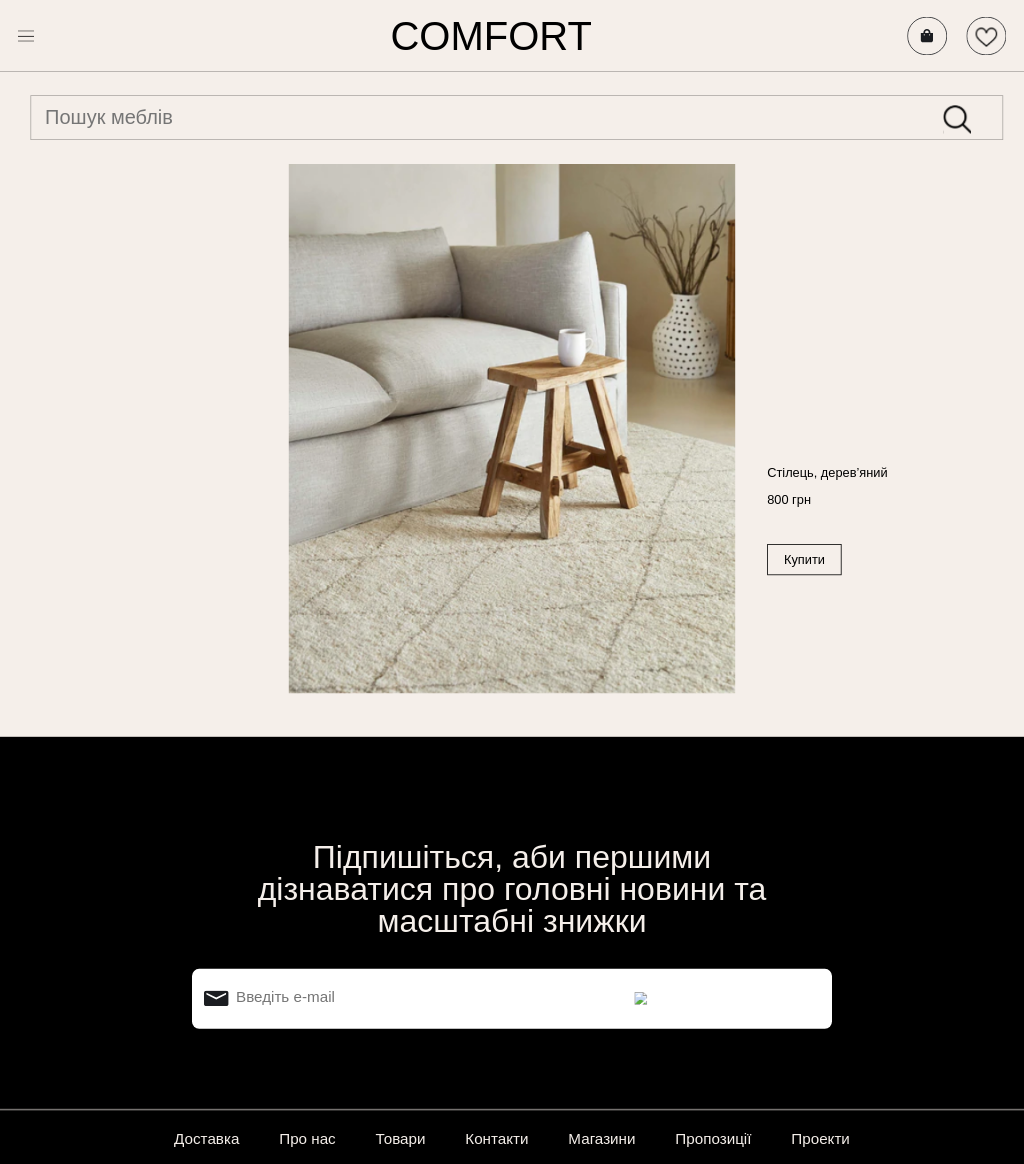
Repository: malykhinaIra/laravel
Page: http://localhost/item/1
These files come from the project's save history. The page is drawn as it stood at one moment and after the next save; the edit follows.
The browser window is 1280 px wide. The pictures show the whole page, at 80% of full size.
Some web fonts or font styles are not loaded; a fallback is used. The page is served by the project's Laravel application, run on PHP 8.4 with Laravel 9. Other server files are loaded and not shown.

Above is the page before, as saved 2022-05-09 22:49:50.

### blog/routes/web.php
<?php

use Illuminate\Support\Facades\Route;

/*
|--------------------------------------------------------------------------
| Web Routes
|--------------------------------------------------------------------------
|
| Here is where you can register web routes for your application. These
| routes are loaded by the RouteServiceProvider within a group which
| contains the "web" middleware group. Now create something great!
|
*/

Route::get('/', 'App\Http\Controllers\MainController@forLend');

Route::get('/Lend', 'App\Http\Controllers\MainController@forLend');

Route::get('/Catalog', 'App\Http\Controllers\MainController@forCatalog');

Route::get('/Info', 'App\Http\Controllers\MainController@forInfo');

Route::post('/result', 'App\Http\Controllers\MainController@result');

Route::post('/check', 'App\Http\Controllers\MainController@check');

Route::get('/item/{id}', 'App\Http\Controllers\MainController@forItem');

### blog/app/Http/Controllers/MainController.php
<?php

namespace App\Http\Controllers;
use App\Models\Item;
use Illuminate\Http\Request;

class MainController extends Controller {

    public function forLend() {
        return view('lend');
    }

    public function forCatalog() {
        return view('catalog');
    }

    public function forInfo() {
        return view('info');
    }

    public function result(Request $request) {
        $mail = $request->input('mail');
        return view('form', ['mail' => $mail]);
    }

     public function check(Request $request) {
        $valid = $request->validate([
            'mail' =>  array('required', 'regex:/[0-9a-z]+@[a-z]/')
        ]);
        return $this->result($request);
    }

    public function forItem($id) {
        $catalog = [
            new Item("img/image 24.png", "Стілець, дерев’яний", 800),
            new Item("img/image 25.png", "Крісло, дерево & шкіра", 1300),
            new Item("img/image 26.png", "Настінна картина", 1230),
            new Item("img/image 27 (1).png", "Журнальний столик", 980),
            new Item("img/image 35.png", "Тумбочка з відділами", 780),
            new Item("img/image 37.png", "Диван розкладний", 3220),
            new Item("img/image 36.png", "Тумбочка, дерев’яна", 1360),
            new Item("img/image 31.png", "Крісло, біле", 980)
        ];
        return view('item', ['item' => $catalog[$id - 1]]);
    }
}

### blog/app/Models/Item.php
<?php

namespace App\Models;
use Illuminate\Database\Eloquent\Model;

    class Item extends Model
    {
        public $image, $description, $price;
        function __construct($image, $description, $price)
        {
            $this->image = "../" . $image;
            $this->description = $description;
            $this->price = $price . " грн";
        }
     }

?>

### blog/resources/views/item.blade.php
@extends('layouts.header')
@section('content')
<head>
    <title>{{$item->description}}</title>
    <link rel="stylesheet" href="../css/main.css">
    <link rel="stylesheet" href="../css/bootstrap-grid.min.css">
</head>
<body style='background-color: #F5EFEA;'>
<div class='container' style='display: flex; align-items: center; margin: auto; margin-top: 20px;'>
<img src='{{$item->image}}' style='margin-left: 25%;'>
<div style='margin-left: 40px; margin-top: 22%;'>
<p>{{$item->description}}</p>
<p>{{$item->price}}</p>
<a href='#' style='line-height: 100px; color: black; padding:10px 20px; border: 1px solid black;'>Купити</a>
</div>
</div>
<br><br><br>
@endsection

### blog/resources/views/layouts/header.blade.php
<header class="header">
</div>
        <div class="nav-1">
            <div class="nav-toggle">
                <div class="container">
                    <a href="/Info" width="10%" onclick>
                        <img src="img/Group 65.svg" class="menu">
                    </a>
                    <div class="logo"><a href="index.html">COMFORT</a></div>
                    <div class="row">
                        <div class="col">
                            <a href="#" style="margin-right: 2.5%;"><img src="img/Group 56.svg"></a>
                        </div>
                        <div class="col">
                            <a href="#"><img src="img/Group 55.svg"></a>
                        </div>
                    </div>
                </div>
            </div>
            <hr>
            <div class="border-1">
                <input type="text" size="19" placeholder="Пошук меблів">
                <a href="#" class="search-1"><img src="img/image 22 (1).svg"></a>
            </div>
        </div>

        <section class="nav">
            <a href="/Lend" class="logo">COMFORT</a>
            <a href="/Info">Про нас</a>
            <a href="#">Доставка</a>
            <a href="#">Підтримка</a>
            <a href="/Catalog">Каталог</a>
            <div class="border">
                <input type="text" size="19" placeholder="Пошук меблів" style="margin-bottom: 6px;">
                <a href="#" class="search"><img src="img/image 22 (1).svg"></a>
            </div>
            <div class="shops">
                <a href="#" style="margin-right: 5px;"><img src="img/image 57.svg"></a>
                <a href="#">Магазини</a>
            </div>
            <div class="icons">
                <a href="#"><img src="img/Group 55.svg"></a>
                <a href="#"><img src="img/Group 56.svg"></a>
                <a href="#"><img src="img/user.svg"></a>
            </div>
        </section>
    </header>


    <div class="forYield">
        @yield('content')
    </div>

    <footer id="bottom">
        <section class="form">
                <p>Підпишіться, аби першими дізнаватися про головні новини та масштабні знижки</p>
                <div class="subscribe">
                    <form method="post" action="/check" style="width:800px; margin: 0; display: flex; align-items: center;">
                    @csrf
                        <div style="display: flex; align-items: center;">
                            <img src="img/Shape.svg" class="message">
                            <input style="width:500px; outline: none; border: none; font-size: 25px;" type="text" name="mail" placeholder="Введіть e-mail">
                        </div>
                        <button type="submit" style="background: none; border: 0; padding:0;"><img src="img//Group 61.svg" class="sub-btn"></button>
                    </form>
                </div>
                @if($errors->any())
                    <div class="alert alert-danger">
                        <ul>
                            @foreach($errors->all() as $error)
                                <li style="color: #F5EFEA; margin: 0 auto; text-align: center;  list-style-type: none;">{{ $error }}</li>
                            @endforeach
                        </ul>
                    </div>
                @endif
        </section>
        <hr>
        <section class="footer-1">
            <a href="#">Доставка</a>
            <a href="/Info">Про нас</a>
            <a href="/Catalog">Товари</a>
            <a href="#">Контакти</a>
            <a href="#">Магазини</a>
            <a href="#">Пропозиції</a>
            <a href="#">Проекти</a>
        </section>
        <br>
    </footer>
</body>

</html>

### blog/public/css/form.css
body{
    padding: 0;
    margin: 0;
    background: #F5EFEA;
    color: #000;
    font-family: 'Manrope', sans-serif;
    font-style: normal;
    font-weight: 400;
    max-width: 1903px;
    margin: 0 auto;
    text-align: center;
}

.text{
    margin: 200px auto;
}

### blog/public/css/catalog.css
body{
    padding: 0;
    margin: 0;
    background: #F5EFEA;
    color: #000;
    font-family: 'Manrope', sans-serif;
    font-style: normal;
    font-weight: 400;
    max-width: 1903px;
    margin: 0 auto;
}

.hide{
    margin-top: -1px;
}

.container{
    max-width: 80%;
    margin: 0 auto;
}

*{
    box-sizing: border-box;
}

img {
    max-width: 100%;
  }

a{
    color: #000;
    text-decoration: none;
}

.nav-1{
    display: none;
    flex-direction: column;
    margin: 0 auto;
    margin-bottom: 30px;
}

.nav{
    width: 100%;
    font-family: 'Manrope', sans-serif;
    font-style: normal;
    height: 80.98px;
    font-weight: 600;
    font-size: 19px;
    line-height: 26px;
    display: flex;
    justify-content: space-between;
    align-items: center;

}

.logo{
    padding-left: 70px;
    font-family: 'Lexend', sans-serif;
    font-style: normal;
    font-weight: 500;
    font-size: 30px;
    line-height: 38px;

}

.icon p{
    font-family: 'Manrope', sans-serif;
    font-style: normal;
    font-weight: 500;
    font-size: 30px;
    margin: 0;
    margin-left: 1%;
}

.icon{
    display: flex;
    margin-bottom: 1%;
}

.border{
    border: 0.5px solid rgba(0, 0, 0, 0.555);
    height: 40.55px;
    display: flex;
    align-items: center;
    padding: 15px;
}

.special-offer .col-6{
    width: 40%;
    margin-left: 6.5%;
}

.border-1{
    border: 0.2px solid rgba(0, 0, 0, 0.555); ;
    height: 55.55px;
    width: 95%;
    display: flex;
    align-items: center;
    padding: 15px;
    margin:0 3%;
    margin-top: 10px;
}

header hr{
    border: 0 none;
    height: 0.1px;
    color: #000;
    width: 100%;
    background-color: rgba(0, 0, 0, 0.555);
    margin-bottom: 20px;
 }

input{
    font-family: 'Lexend', sans-serif;
    font-weight: 300;
    font-size: 25px;
    background: none;
    border: none;
    width: 95%;
}

.arr{
    height: 25px;
    float: right;
    margin-top: 25px;
    margin-right: 3%;
}

::placeholder{
    font-style: normal;
    font-weight: 300;
    font-size: 19px;
    line-height: 40px;

}

.search{
    margin-top: 4px;
    margin-left: 49.86px;
}

.search-1{
    margin-top: 4px;
}

.icons img{
    margin-right: 15px;
}

hr{
    border: none;
    background-color: rgb(0, 0, 0, 0.555);
    color: rgb(0, 0, 0);
    height: 1px;
    width: 100%;
}

.shops{
    display: flex;
    align-items: center;
}


.catalog{
    background-color: #000;
    width: 100%;
}

.rooms{
    max-height: 80.98px;
    display: flex;
    justify-content: space-between;
    padding: 26px 30%;

}
.rooms a{
    color:#F5EFEA;
    font-family: 'Manrope', sans-serif;
    font-style: normal;
    font-weight: 600;
    font-size: 20px;
}

.full-catalog .container{
    margin: 20px auto;
}

.filters{
    max-width: 100%;
    border-left: 1px solid rgb(0, 0, 0, 0.555);
}

.filters hr{
    border: none;
    background-color: rgb(0, 0, 0, 0.555);
    color: rgb(0, 0, 0);
    height: 1px;
    width: 81%;
    margin-left: 20px;
}

.filters h2{
    padding-left: 20px;
    font-family: 'Manrope', sans-serif;
    font-style: normal;
    font-weight: 600;
    font-size: 35px;
    color: #000000;
    margin: 0px;
}

.filters p{
    padding-left: 20px;
    font-family: 'Manrope', sans-serif;
    font-style: normal;
    font-weight: 200;
    font-size: 30px;
    color: #000000;
    margin: 0px;

}

.icon{
    margin-top: 2.5%;
}

.icon p{
    margin-top: 4px;
}

.price p{
    font-family: 'Manrope', sans-serif;
    font-style: normal;
    font-weight: 300;
    font-size: 20px;
    line-height: 35px;
    margin: 0;

}

.image img{
    max-height: 494.27px;
}

.full-catalog .col-4{
    margin-bottom: 25px;
}

.price{
    display: flex;
    flex-direction: row;
    justify-content: space-between;
    align-items: center;
    margin-top: 5px;
    padding: 0px 25px;
}

.special-offer h1, .picture h1{
    font-family: 'Manrope', sans-serif;
    font-style: normal;
    font-weight: 600;
    font-size: 35px;
    line-height: 80.98px;
    text-align: center;
    max-width: 100%;
    margin: 0;
}

.info{
    margin-top: 37px;
    padding-right:285px;
    padding-left:900px;
    width: 100%;
    position: absolute;
    display: flex;
    align-items: center;
    justify-content: space-between;
}

.info-1{
    margin-top: 710px;
    padding-right:285px;
    padding-left:745px;
    width: 100%;
    position: absolute;
    display: flex;
    align-items: center;
    justify-content: space-between;
    font-family: 'Manrope', sans-serif;
    font-style: normal;
    font-weight: 400;
    font-size: 50px;
}

.room-shopping{
    width: 100%;
    display: flex;
    align-items: center;
    justify-content: space-between;
}

.prices{
    display: flex;
    margin-top: -50px;
}

.price-1{
    margin-left: 7%;
    width: 50%;
    display: flex;
    flex-direction: row;
    justify-content: space-between;
    align-items: center;
    padding: 0px 25px;
}

.prices p{
    font-family: 'Manrope', sans-serif;
    font-style: normal;
    font-weight: 300;
    font-size: 20px;
    line-height: 35px;
    margin: 0;

}

.mobile{
    display: none;
}

.button{
    display: none;
}

.scroll{
    margin:0 47%;
}

footer{
    background-color: #000;
    max-height: 550px;
    width: 100%;
}

.subscribe{
    background-color: white;
    width: 800px;
    height: 75px;
    display: flex;
    align-items: center;
    justify-content: space-between;
    padding: 15px;
    border-radius: 9px;
    margin: auto auto;
}

.sub-btn{
    max-width: 100%;
}

.form{
    margin-left: auto;
    margin-right: auto;
}

.form p{
    width: 700px;
    font-family: 'Lexend', sans-serif;
    font-weight: 300;
    font-size: 40px;
    line-height: 40px;
    text-align: center;
    color:#F5EFEA;
    margin: 0 auto;
    margin-bottom: 40px;
    padding-top: 130px;
}


.subscribe input{
    background: none;
    max-width: 100%;
    margin-bottom: 8px;
    margin-left: 7px;
}

footer hr{
    margin-top: 100px;
    border: 0.5px solid #f5efea79;
}

.footer-1{
    display: flex;
    justify-content: space-between;
    align-items: center;
    padding-left: 17%;
    padding-right: 17%;
    margin-top: 23px;
}

.footer-1 a{
    color:#F5EFEA;
    font-family: 'Manrope', sans-serif;
    font-style: normal;
    font-weight: 400;
    font-size: 19px;
    line-height: 26px;
}

@media(max-width: 1570px){

    .border-1{
        border-color: rgba(0, 0, 0, 0.301);
    }

    header hr, .filters hr{
        background-color: rgba(0, 0, 0, 0.301);
    }

    .filters{
        border-left-color: rgba(0, 0, 0, 0.301);
    }

    .picture h1{
        display: none;
    }

    .mobile{
        display: block;
        align-items: center;
    }

    .mobile h1{
        width: 100%;
        text-align: center;
        color: #F5EFEA;
        background-color: #000;
        font-family: 'Manrope', sans-serif;
        font-style: normal;
        font-weight: 600;
        font-size: 35px;
        line-height:75px;
    }

    .nav-1{
        margin: 0;
    }

    .catalog{
        display: none;
    }

    .nav-toggle, .nav-1 {
        display: flex;
     }

    .nav-toggle .container{
         height: 80.98px;
         align-items: center;
         display: flex;
         padding-top: 20px;
         padding-bottom: 10px;
         justify-content: space-between;
         margin: 0 auto;;
     }

     .nav-toggle .container{
        margin: 0 10px;
        max-width: 100%;
    }

     .nav-toggle .col{
         max-width: 100px;
     }

     .logo{
         margin:0;
         padding: 0;
     }

    .nav-toggle a{
        width: 72px;
    }

    .menu {
        max-width: 50px;
    }

     .nav{
      display: none;
     }

     .logo a{
        font-size: 50px;
     }

     .border-1 ::placeholder{
        font-size: 25px;
        margin-top: 5px;
    }

     .search-1 img{
         width: 35px;
     }

     .menu {
        max-width: 50px;
    }

}

@media (max-width: 1190px){
    .footer-1 a {
        font-size: 15px;
    }
    }

@media(max-width: 1406px){
    .image img{
        max-height: 422.98px;
    }

    .filters p{
        font-size: 25px;
    }



}

@media(max-width: 1195px){
    .image img{
        max-height: 351.67px;
    }

    .filters p{
        font-size: 20px;
    }

    .filters h2{
        font-size: 25px;
    }

    .price p{
        font-size: 16px;
    }

}

@media (max-width:990px) {
    .footer-1{
        padding: 0 55px;
     }

     .subscribe{
         width: 600px;
     }

     .form p{
         font-size: 25px;
         width: 400px;
     }
}

@media(max-width: 982px){

    .button{
        display: block;
        margin:auto;
        width: 250px;
    }

    .image img{
        max-height: 256.25px;
    }

    .filters p{
        font-size: 15px;
    }

    .filters h2{
        font-size: 17px;
    }

    .price p{
        line-height: 18px;
    }

    .price{
        padding: 0 10px;
    }

    .icon a, .icon img{
        max-width: 20px;
    }

    .icon p{
        font-size: 12px;
        margin-left: 10px;
    }

}

@media(max-width: 820px){

    #offer{
        width: 733px;
        height: auto;
    }

    .scroll{
        width: 40px;
        margin: 0 45%;
    }

    .logo a{
        font-size: 40px;
    }

    .logo{
        margin-bottom: 20px;

    }

    .image img{
        max-height: 395.67px;
    }

    .nav-toggle .row{
        margin-bottom: 10px;

    }

    .mobile h1{
        font-size: 30px;
    }

    #third{
        display:none;
    }

    .full-catalog .col-4{
        width: 50%;
    }

    .arrow{
        width: 130px;
    }

    .footer-1 a{
        font-size: 12px;
    }

    .subscribe{
        width: 70%;
        height: 8%;
    }

    .subscribe ::placeholder{
        font-size: 15px;
    }

    .sub-btn{
        width: 150px;
    }


    .menu{
        width: 80%;
    }

}

@media(max-width: 760px){
    #offer{
        width: 1433px;
        height: auto;
    }

}

@media(max-width: 600px){

    .button{
        width: 150px;
    }

    .search-1 img{
        width: 20px;
    }

    .nav-toggle .col{
        padding: 0 7px;
    }

    .logo a{
        font-size: 30px;
        margin-right: 15px;
    }

    .price p{
        font-size: 12px;
        line-height: 12px;
    }

    .full-catalog .col-4{
        padding: 0 5px;
    }

    .mobile h1{
        font-size: 25px;
        line-height: 60.98px;
    }

    .border-1{
        margin-top: 20px;
        height: 35px;
    }

    .nav-toggle .container{
        padding-top: 12px;
        padding-bottom: 0px;
        height: 60.98px;

    }

    .nav-toggle .col{
        width: 35px;
        padding: 0 2px;
    }

    .menu{
        margin-top: -4px;
        max-width: 28px;
    }


    .logo{
        margin-top: 7px;
        margin-left: -20px;
    }

    header hr{
        margin:0;
    }

    .border-1 ::placeholder, input{
        font-size: 15px;
    }

    .input{
        margin: 0;
    }

    .mobile h1, .special-offer h1{
        font-size: 20px;
        line-height: 45.98px;
    }

    .arrow{
        display:none;
    }

    .arr{
        height: 20px;
        margin-top: 13px;
        padding-right: 10px;
    }

    .special-offer .container, .full-catalog .container{
        width: 95%;
    }

    .subscribe{
        width: 85%;
    }

    .footer-1{
        margin-top: 16px;
        padding: 0 4%;
    }

    .footer-1 a{
        font-size: 9px;
    }

    .sub-btn{
        width: 130px;
    }

    .subscribe ::placeholder{
        font-size: 13px;
    }

    .subscribe{
        padding-top: 18px;
        height: 50px;
    }

    .subscribe input{
        margin-top: 5px;
    }

    footer hr{
        margin-top: 40px;
        border-color: #f5efea5e;
    }

    .form p{
        padding-top: 50px;
        font-size: 17px;
        line-height: 25px;
        width: 300px;
    }

    .footer-1 {
        margin-top: 17px;
        padding: 0 4%;
    }

}

@media (max-width: 490px) {
    .footer-1 a{
        font-size: 9px;
    }

    .message{
        width: 20px;
    }

    .mobile h1{
        font-size: 15px;
        line-height: 35px;
    }

    .arr{
        height: 15px;
        margin-top: 10px;
    }
}

Loaded but not shown: blog/app/Http/Controllers/Controller.php (common file); blog/public/css/bootstrap-grid.min.css (library); blog/public/img/Group 56.svg (4 lines, source omitted); blog/public/img/user.svg (3 lines, source omitted); blog/public/img/Group 55.svg (10 lines, source omitted); blog/public/img/image 22 (1).svg (9 lines, source omitted); blog/public/img/Shape.svg (3 lines, source omitted); blog/public/img/image 57.svg (9 lines, source omitted); blog/public/img/Group 65.svg (5 lines, source omitted); blog/public/css/main.css (989 lines, source omitted)

After the next save:
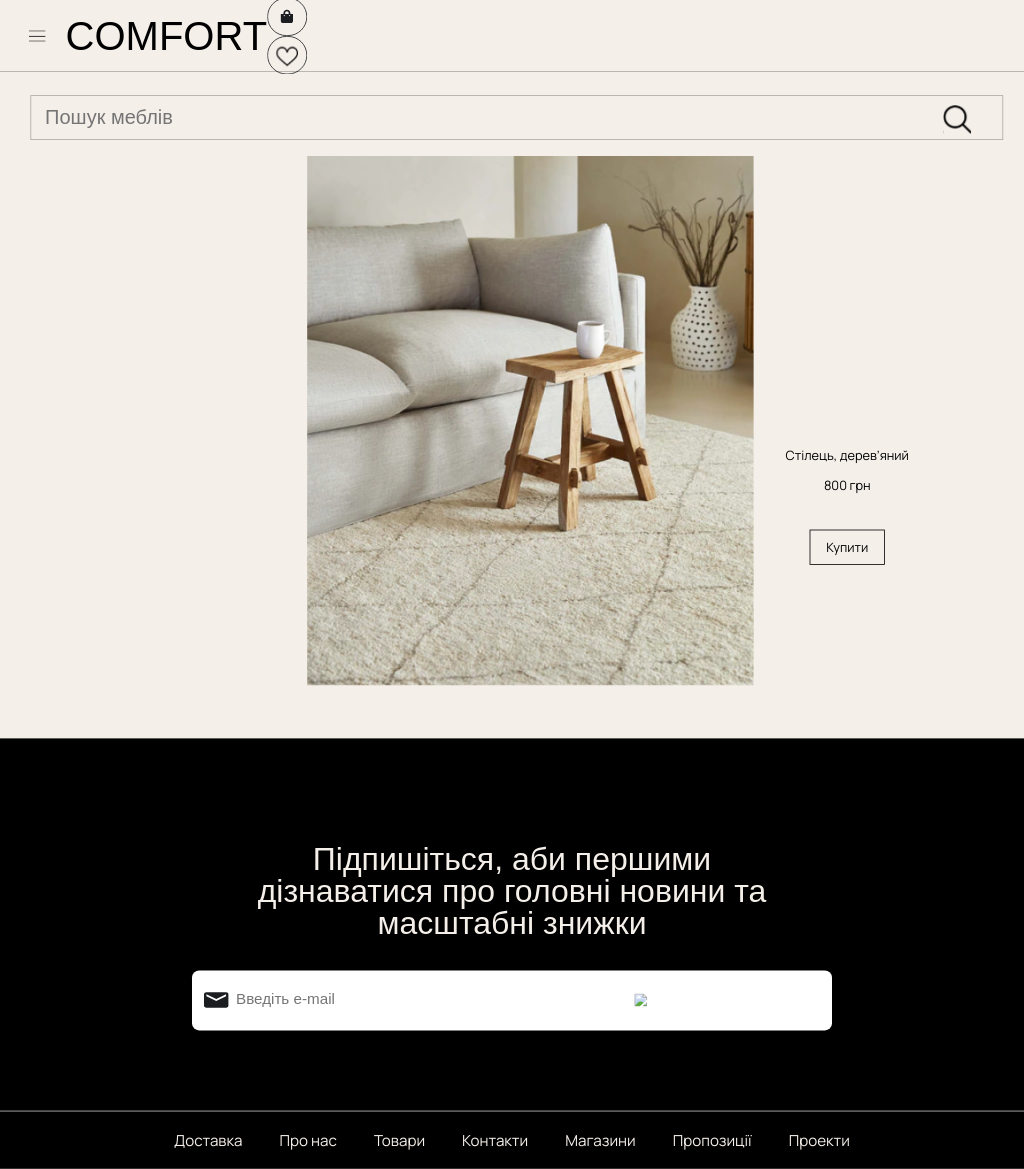
Saved 43 min 6 s later.
--- a/blog/resources/views/item.blade.php
+++ b/blog/resources/views/item.blade.php
@@ -1,9 +1,9 @@
 @extends('layouts.header')
 @section('content')
 <head>
-    <title>{{$item->description}}</title>
-    <link rel="stylesheet" href="../css/main.css">
-    <link rel="stylesheet" href="../css/bootstrap-grid.min.css">
+    <link href="https://fonts.googleapis.com/css2?family=Lexend&family=Manrope:wght@200;300;400;500;600&display=swap" rel="stylesheet">
+    <link rel="stylesheet" href="css/form.css">
+    <link rel="stylesheet" href="css/catalog.css">
 </head>
 <body style='background-color: #F5EFEA;'>
 <div class='container' style='display: flex; align-items: center; margin: auto; margin-top: 20px;'>
